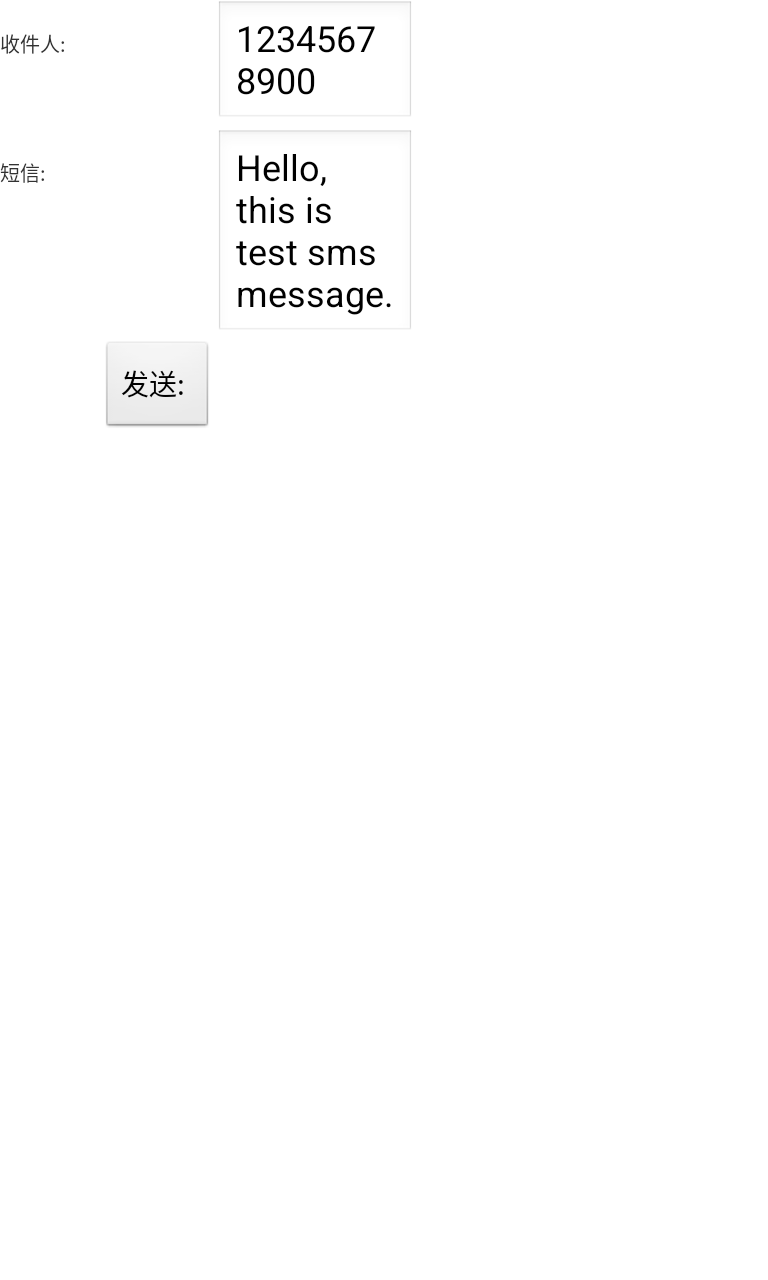
Repository: yorkLiu/android
Layout: IntentDemo/res/layout/sms_main.xml
An editor plug-in stored every save of this project. The layout is shown before and after the next save, followed by the edit.
It is drawn on a 768 x 1280 px phone screen (xhdpi) without system bars, with theme AppTheme; the app's code is not run.

Above is the layout before, as saved 2014-09-20 12:58:10.

### IntentDemo/res/layout/sms_main.xml
<?xml version="1.0" encoding="utf-8"?>
<TableLayout xmlns:android="http://schemas.android.com/apk/res/android"
    android:layout_width="fill_parent"
    android:layout_height="fill_parent" >

    <TableRow>
        <TextView
            android:layout_width="wrap_content"
            android:layout_height="wrap_content"
            android:textSize="20px"
            android:text="收件人: "
            />
        <EditText
            android:id="@+id/receiver"
            android:layout_width="200px"
            android:layout_height="wrap_content"
            android:numeric="integer"
            android:text="12345678900"
            />
    </TableRow>
    <View
        android:layout_width="fill_parent"
        android:layout_height="2px"
        />

    <TableRow>
        <TextView
            android:layout_width="wrap_content"
            android:layout_height="wrap_content"
            android:textSize="20px"
            android:text="短信: "
            />
        <EditText
            android:id="@+id/messageInfo"
            android:layout_width="200px"
            android:layout_height="wrap_content"
            android:layout_gravity="top"
            android:numeric="integer"
            android:text="Hello, this is test sms message."
            />
    </TableRow>
    <TableRow>
        <Button
            android:id="@+id/sendSmsBtn"
            android:layout_width="wrap_content"
            android:layout_height="wrap_content"
            android:layout_marginLeft="100px"
            android:text="发送: "
            />

    </TableRow>


</TableLayout>

Loaded but not shown: IntentDemo/res/values/styles.xml (common file)

After the next save:
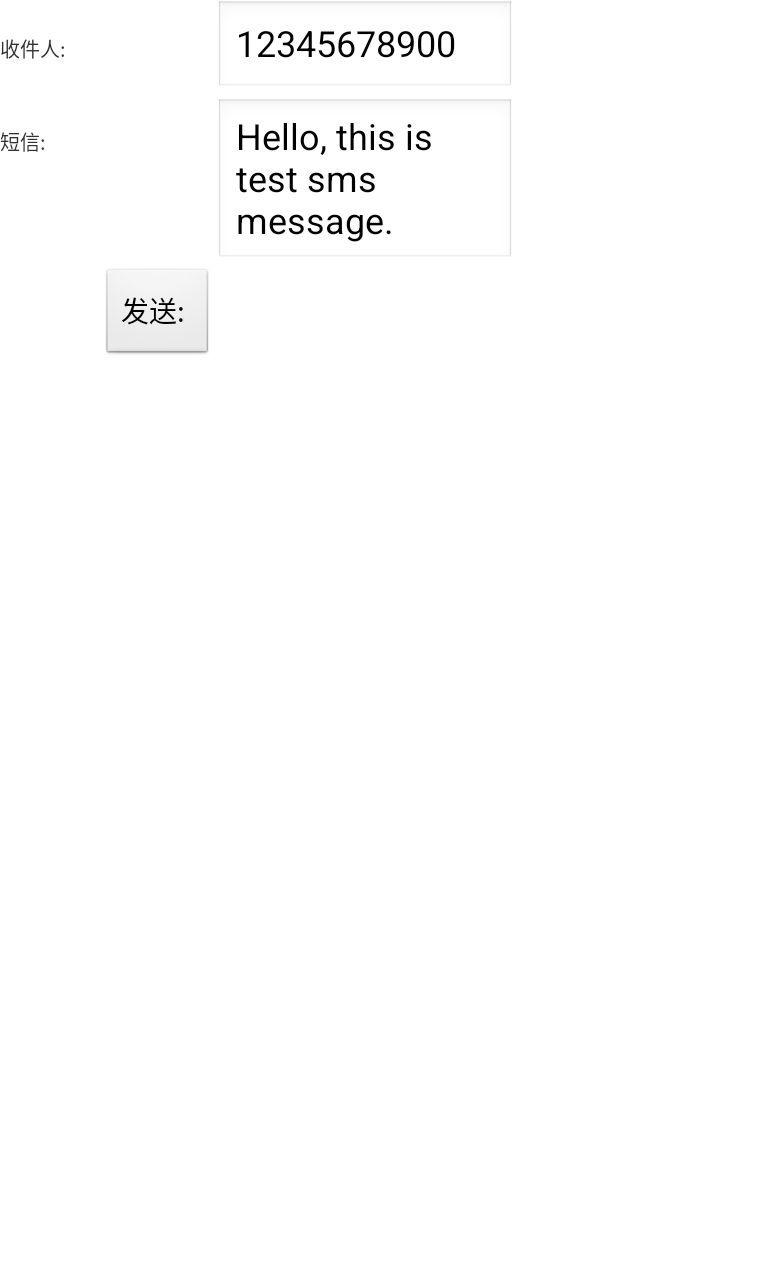
Saved 13 s later.
--- a/IntentDemo/res/layout/sms_main.xml
+++ b/IntentDemo/res/layout/sms_main.xml
@@ -12,7 +12,7 @@
             />
         <EditText
             android:id="@+id/receiver"
-            android:layout_width="200px"
+            android:layout_width="300px"
             android:layout_height="wrap_content"
             android:numeric="integer"
             android:text="12345678900"
@@ -32,7 +32,7 @@
             />
         <EditText
             android:id="@+id/messageInfo"
-            android:layout_width="200px"
+            android:layout_width="300px"
             android:layout_height="wrap_content"
             android:layout_gravity="top"
             android:numeric="integer"
